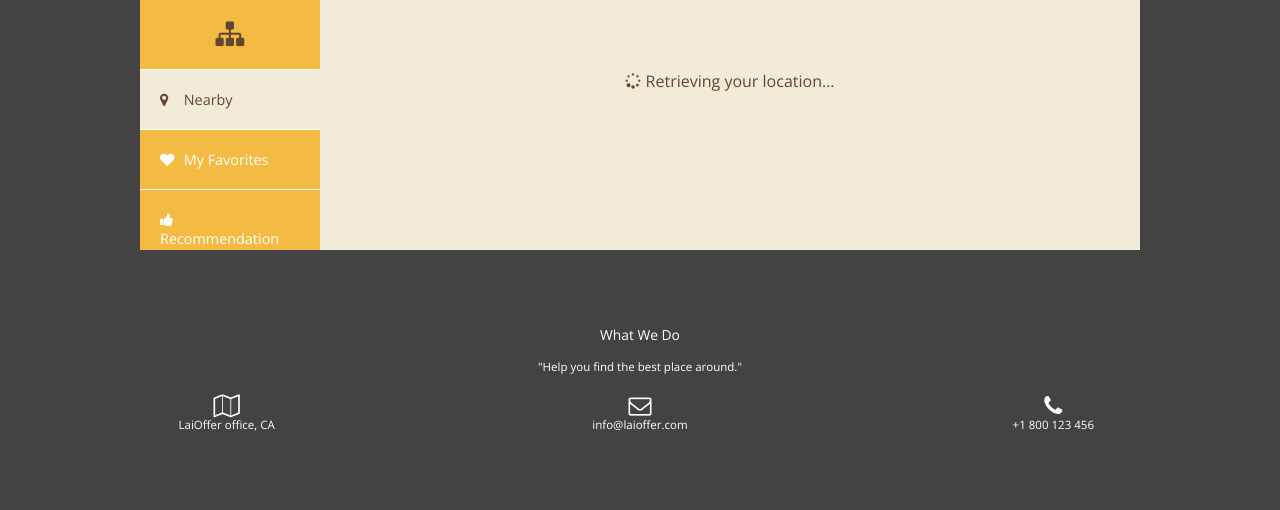
Repository: myang39/Jupiter
Page: Jupiter/WebContent/index.html
These files come from the project's save history. The page is drawn as it stood at one moment and after the next save; the edit follows.
The browser window is 1280 px wide. The pictures show the part of the page from y = 310 to 840 px (the page is 820 px tall before and 840 px after).
Some web libraries are served in a nearby version.

Above is the page before, as saved 2018-11-14 17:12:52.

### Jupiter/WebContent/index.html
<!DOCTYPE html>
<html>
<head>
  <meta charset="UTF-8">
  <meta name="description" content="Item Recommendation">
  <meta name="author" content="Your Name">
  <title>Item Recommendation Final</title>
  <link href='https://fonts.googleapis.com/css?family=Open+Sans:400,300,700' rel='stylesheet' type='text/css'>
  <link rel="stylesheet" href="https://maxcdn.bootstrapcdn.com/font-awesome/4.5.0/css/font-awesome.min.css">
  <link rel="stylesheet" href="styles/main.css">
</head>
<body>
  <header class="top-header">
    <nav class="top-nav">
      <a href="#">Home</a>
      <a href="#">Contact</a>
      <a href="#">About</a>
    </nav>
    <span id="welcome-msg"></span>
    <a id="logout-link" href="logout">Logout</a>
    <i id="avatar" class="avatar fa fa-user fa-2x"></i>
  </header>

  <div class="container">
    <header>
      <p>
        <span>Item</span>
        <br /> Recommendation
      </p>
    </header>

    <section class="main-section">
      <aside id="item-nav">
        <div class="nav-icon">
          <i class="fa fa-sitemap fa-2x"></i>
        </div>
        <nav class="main-nav">
          <a href="#" id="nearby-btn" class="main-nav-btn active">
            <i class="fa fa-map-marker"></i> Nearby
          </a>
          <a href="#" id="fav-btn" class="main-nav-btn">
            <i class="fa fa-heart"></i> My Favorites
          </a>
          <a href="#" id="recommend-btn" class="main-nav-btn">
            <i class="fa fa-thumbs-up"></i> Recommendation
          </a>
        </nav>
      </aside>

      <ul id="item-list">
        <li class="item">
          <img alt="item image" src="https://s3-media3.fl.yelpcdn.com/bphoto/EmBj4qlyQaGd9Q4oXEhEeQ/ms.jpg" />
          <div>
            <a class="item-name" href="#">Item</a>
            <p class="item-category">Vegetarian</p>
            <div class="stars">
              <i class="fa fa-star"></i>
              <i class="fa fa-star"></i>
              <i class="fa fa-star"></i>
            </div>
          </div>
          <p class="item-address">699 Calderon Ave<br/>Mountain View<br/> CA</p>
          <div class="fav-link">
            <i class="fa fa-heart"></i>
          </div>
        </li>
      </ul>
    </section>
  </div>

  <footer>
    <p class="title">What We Do</p>
    <p>"Help you find the best place around."</p>
    <ul>
      <li>
        <p><i class="fa fa-map-o fa-2x"></i></p>
        <p>LaiOffer office, CA</p>
      </li>
      <li>
        <p><i class="fa fa-envelope-o fa-2x"></i></p>
        <p>info@laioffer.com</p>
      </li>
      <li>
        <p><i class="fa fa-phone fa-2x"></i></p>
        <p>+1 800 123 456</p>
      </li>
    </ul>
  </footer>

  <script src="https://rawgit.com/emn178/js-md5/master/build/md5.min.js"></script>
  <script src="scripts/main.js"></script>
</body>
</html>

Loaded but not shown: Jupiter/WebContent/styles/main.css (common file); Jupiter/WebContent/scripts/main.js (common file)

After the next save:
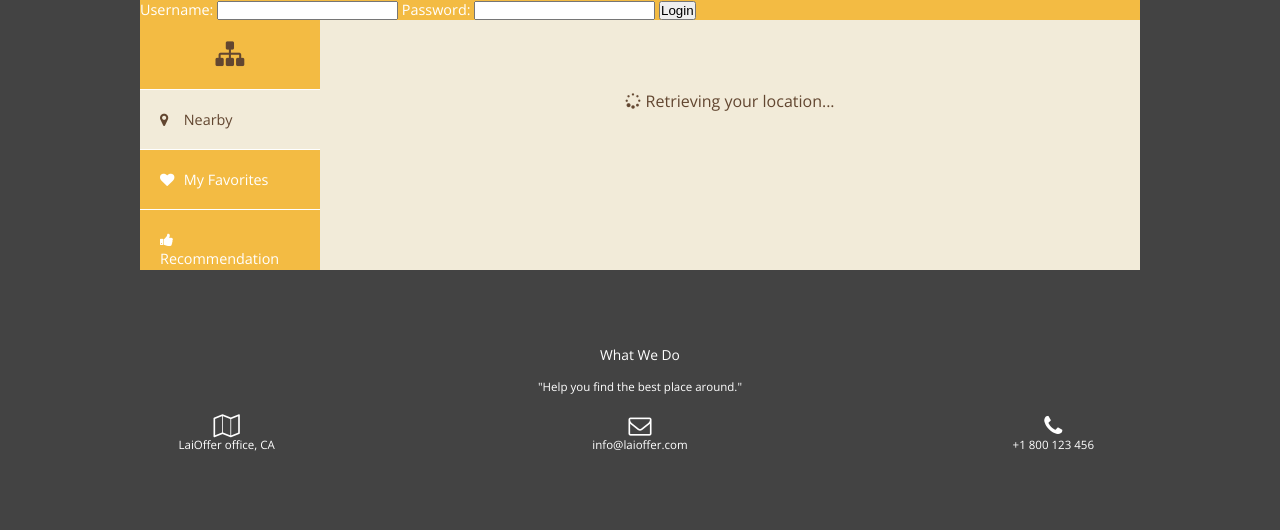
Saved 57 s later.
--- a/Jupiter/WebContent/index.html
+++ b/Jupiter/WebContent/index.html
@@ -30,6 +30,14 @@
     </header>
 
     <section class="main-section">
+      <div id="login-form">
+	      <label for="username">Username:</label>
+	      <input id="username" name="username" type="text">
+	      <label for="password">Password:</label>
+	      <input id="password" name="password" type="password">
+	      <button id="login-btn">Login</button>
+	      <p id="login-error"></p>
+      </div>
       <aside id="item-nav">
         <div class="nav-icon">
           <i class="fa fa-sitemap fa-2x"></i>
